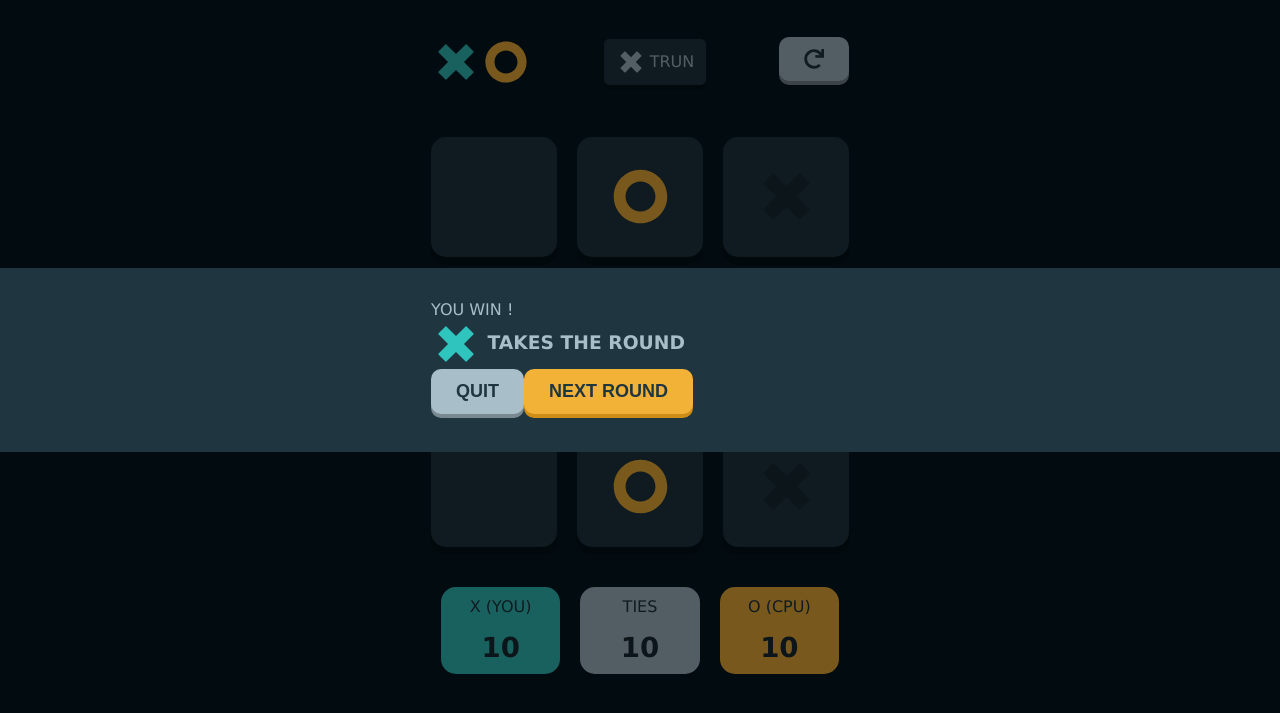
Repository: SD-Mdouka/XO_GAME
Page: /
An editor plug-in stored every save of this project. The page is shown before and after the next save, followed by the edit.
The browser window is 1280 px wide. The pictures show the whole page.
The project was rebuilt for these pictures with package versions that can differ from the ones it lists, and the page was loaded fresh each time. Also part of the build but not shown: src/component/start/Start.js.

Above is the page before, as saved 2022-08-29 17:58:09.

### src/index.css
* {
    padding: 0;
    margin: 0;
    box-sizing: border-box;
}

:root {
    --color-bg-dark: #192a33;
    --color-bg-light: #1f3640;
    --color-gray: #a8bec9;
    --color-gray-dark: #7a8991;
    --color-yellow: #f2b238;
    --color-yellow-dark: #cd8d16;
    --color-blue: #30c4be;
    --color-blue-dark: #128c89;
    --shadow-y: 6px;
}

html {
    font-family: "Lucida Sans", "Lucida Sans Regular", "Lucida Grande", "Lucida Sans Unicode", Geneva, Verdana, sans-serif;
    text-transform: uppercase;
    font-size: 16px;
}

body {
    background-color: var(--color-bg-dark);
    color: var(--color-gray);
}

.App {
    background-color: #021620;
    min-height: 100vh;
    display: flex;
    align-items: center;
    justify-content: center;
}

.container {
    max-width: 450px;
    width: 100%;
    margin-inline: auto;
    padding: 2rem 1rem;
}


/*utilites*/

.card {
    padding: 25px;
    display: flex;
    flex-direction: column;
    gap: 25px;
    border-radius: 15px;
    background-color: var(--color-bg-light);
    -webkit-border-radius: 15px;
    -moz-border-radius: 15px;
    -ms-border-radius: 15px;
    -o-border-radius: 15px;
    text-align: center;
}

.text-lg {
    font-size: 1.25rem;
}

.text-xl {
    font-size: 1.5rem;
}

.text-2xl {
    font-size: 1.725rem;
}

.text-light {
    color: var(--color-gray);
}

.text-blue {
    color: var(--color-blue);
}

.text-yellow {
    color: var(--color-yellow);
}

.bg-blue {
    background-color: var(--color-blue);
    color: var(--color-bg-dark);
}

.bg-yellow {
    background-color: var(--color-yellow);
    color: var(--color-bg-dark);
}

.bg-light {
    background-color: var(--color-gray);
    color: var(--color-bg-dark);
}

.bg-blue.text-light,
.bg-blue .text-light,
.bg-yellow.text-light,
.bg-yellow .text-light,
.bg-light .text-light,
.bg-light.text-light {
    color: var(--color-bg-light);
}

.btn {
    background-color: var(--color-gray);
    border: none;
    font-size: 1.125rem;
    font-weight: bold;
    padding: 12px 25px;
    text-transform: uppercase;
    cursor: pointer;
    border-radius: 10px;
    -webkit-border-radius: 10px;
    -moz-border-radius: 10px;
    -ms-border-radius: 10px;
    -o-border-radius: 10px;
    color: var(--color-bg-light);
    display: inline-block;
    box-shadow: 0 var(--shadow-y) 0 var(--color-gray-dark);
    margin-bottom: 6px;
    transition: all 0.2s;
    -webkit-transition: all 0.2s;
    -moz-transition: all 0.2s;
    -ms-transition: all 0.2s;
    -o-transition: all 0.2s;
}

.btn:hover {
    --shadow-y: 8px;
    transform: translateY(-2px);
    -webkit-transform: translateY(-2px);
    -moz-transform: translateY(-2px);
    -ms-transform: translateY(-2px);
    -o-transform: translateY(-2px);
}

.btn:active {
    --shadow-y: 4px;
    transform: translateY(2px);
    -webkit-transform: translateY(2px);
    -moz-transform: translateY(2px);
    -ms-transform: translateY(2px);
    -o-transform: translateY(2px);
}

.btn-yellow {
    background-color: var(--color-yellow);
    box-shadow: 0 var(--shadow-y) 0 var(--color-yellow-dark);
}

.btn-blue {
    background-color: var(--color-blue);
    box-shadow: 0 var(--shadow-y) 0 var(--color-blue-dark);
}

.btn-sm {
    --shadow-y: 4px;
}

.btn-sm:hover {
    --shadow-y: 6px;
}

.btn-sm:active {
    --shadow-y: 3px;
}

.shadow-gray {
    box-shadow: 0 8px 0 rgba(0, 0, 0, 0.2);
}

.shadow-blue {
    box-shadow: 0 8px 0 var(--color-blue-dark);
}

.shadow-yellow {
    box-shadow: 0 8px 0 var(--color-yellow-dark);
}


/* icons */

.icon {
    display: inline-block;
}

.icon svg {
    fill: var(--color-gray);
    height: 50px;
    width: 50px;
    vertical-align: middle;
}

.icon-sm svg {
    height: 30px;
    width: 30px;
}

.icon-lg svg {
    height: 65px;
    width: 65px;
}

.icon-yellow svg {
    fill: var(--color-yellow);
}

.icon-blue svg {
    fill: var(--color-blue);
}

.icon-dark svg {
    fill: var(--color-bg-dark);
}


/* Sarte */

.start {
    display: flex;
    flex-direction: column;
    gap: 25px;
}

.start__header {
    display: flex;
    align-items: center;
    justify-content: center;
}

.start__players {
    background-color: var(--color-bg-dark);
    padding: 10px;
    border-radius: 15px;
    -webkit-border-radius: 15px;
    -moz-border-radius: 15px;
    -ms-border-radius: 15px;
    -o-border-radius: 15px;
    display: flex;
    align-items: center;
    box-shadow: inset 0 0 8px rgba(0, 0, 0, 0.2);
}

.start__players span {
    width: 50%;
    display: flex;
    align-items: center;
    justify-content: center;
    padding: 15px 10px;
    border-radius: 10px;
    -webkit-border-radius: 10px;
    -moz-border-radius: 10px;
    -ms-border-radius: 10px;
    -o-border-radius: 10px;
    cursor: pointer;
}

.start__players--active {
    background-color: var(--color-gray);
    box-shadow: 0 0 8px rgba(255, 255, 255, 0.2);
}

.start__btns {
    display: flex;
    flex-direction: column;
    gap: 12px;
}


/* board */

.board__header {
    display: flex;
    justify-content: space-between;
    align-items: center;
    margin-bottom: 50px;
}

.board__turn {
    border-radius: 5px;
    background-color: var(--color-bg-light);
    -webkit-border-radius: 5px;
    -moz-border-radius: 5px;
    -ms-border-radius: 5px;
    -o-border-radius: 5px;
    padding: 8px 12px;
    align-items: center;
    display: flex;
    gap: 4px;
    box-shadow: 0 4px 0 rgba(0, 0, 0, 0.2);
}

.board__restart svg {
    height: 20px;
    display: flex;
    align-items: center;
    transform-origin: center;
    transition: all 0.3s;
    -webkit-transition: all 0.3s;
    -moz-transition: all 0.3s;
    -ms-transition: all 0.3s;
    -o-transition: all 0.3s;
}

.board__restart:active svg {
    transform: rotate(180deg);
    -webkit-transform: rotate(180deg);
    -moz-transform: rotate(180deg);
    -ms-transform: rotate(180deg);
    -o-transform: rotate(180deg);
}

.board__body {
    display: grid;
    grid-template-columns: repeat(3, 1fr);
    gap: 25px 20px;
}

.board__body .card {
    height: 120px;
    display: flex;
    align-items: center;
    justify-content: center;
    cursor: pointer;
    padding-inline: 10px;
}

.board__body .active.shadow-blue {
    background-color: var(--color-blue);
}

.board__body .active.shadow-yellow {
    background-color: var(--color-yellow);
}

.board__body .active.shadow-dark {
    background-color: var(--color-bg-dark);
}

.board__footer {
    margin-top: 30px;
    display: grid;
    grid-template-columns: repeat(3, 1fr);
    gap: 20px;
    padding: 10px;
}

.board__footer .card {
    gap: 15px;
    padding: 10px;
}


/*modal*/

.modal {
    position: fixed;
    top: 0;
    left: 0;
    width: 100vw;
    height: 100vh;
    z-index: 999;
    background-color: rgba(0, 0, 0, 0.5);
    display: flex;
    align-items: center;
}

.modal__content {
    width: 100%;
    background-color: var(--color-bg-light);
}

### src/App.js
import Board from "./component/board/Board";
import Modal from "./component/modal/Modal";
import Start from "./component/start/Start";

function App() {
  return (
    <div className="App">
      <div className="container">
        {/* <Start /> */}
        <Board />
      </div>
      <Modal />
    </div>
  );
}

export default App;

### src/component/board/Board.js
import React from "react";
import Xicons from "../icons/Xicons";
import Oicons from "../icons/Oicons";
import Refrsh from "../icons/Refrsh";
import BorardCard from "./BorardCard";

const Board = () => {
  const squars = [" ", "o", "x", " ", "o", "x", " ", "o", "x"];
  return (
    <div className="board">
      <div className="board__header">
        <div>
          <Xicons />
          <Oicons />
        </div>
        <div className="board__turn">
          <Xicons color={"ligth"} size="sm" /> trun
        </div>
        <div>
          <button className="btn btn-sm board__restart">
            <Refrsh />
          </button>
        </div>
      </div>
      <div className="board__body">
        {squars.map((sq, ix) => (
          <BorardCard key={ix} index={ix} user={sq} active={ix === 5} />
        ))}
      </div>
      <div className="board__footer">
        <div className="card bg-blue">
          <p className="text-light">x (you)</p>
          <strong className="text-2xl">10</strong>
        </div>
        <div className="card bg-light">
          <p className="text-light">ties</p>
          <strong className="text-2xl">10</strong>
        </div>
        <div className="card bg-yellow">
          <p className="text-light">o (cpu)</p>
          <strong className="text-2xl">10</strong>
        </div>
      </div>
    </div>
  );
};

export default Board;

### src/component/modal/Modal.js
import React from "react";
import Win from "./Win";

const Modal = () => {
  return (
    <div className="modal">
      <div className="modal__content">
        <div className="container">
          <Win />
        </div>
      </div>
    </div>
  );
};

export default Modal;

### src/component/icons/Xicons.js
import React from "react";

const Xicon = ({ color, size }) => {
  return (
    <div
      className={`icon ${color ? "icon-" + color : "icon-blue"} ${
        size && "icon-" + size
      }`}
    >
      <svg
        version="1.1"
        id="Layer_1"
        x="0px"
        y="0px"
        width="100px"
        height="100px"
        viewBox="0 0 100 100"
      >
        <path
          d="M84.707,68.752L65.951,49.998l18.75-18.752c0.777-0.777,0.777-2.036,0-2.813L71.566,15.295
	c-0.777-0.777-2.037-0.777-2.814,0L49.999,34.047l-18.75-18.752c-0.746-0.747-2.067-0.747-2.814,0L15.297,28.431
	c-0.373,0.373-0.583,0.88-0.583,1.407c0,0.527,0.21,1.034,0.583,1.407L34.05,49.998L15.294,68.753
	c-0.373,0.374-0.583,0.88-0.583,1.407c0,0.528,0.21,1.035,0.583,1.407l13.136,13.137c0.373,0.373,0.881,0.583,1.41,0.583
	c0.525,0,1.031-0.21,1.404-0.583l18.755-18.755l18.756,18.754c0.389,0.388,0.896,0.583,1.407,0.583c0.511,0,1.019-0.195,1.408-0.583
	l13.138-13.137C85.484,70.789,85.484,69.53,84.707,68.752z"
        />
      </svg>
    </div>
  );
};

export default Xicon;

### src/component/icons/Oicons.js
import React from "react";

const Oicon = ({ color, size }) => {
  return (
    <div
      className={`icon ${color ? "icon-" + color : "icon-yellow"} ${
        size && "icon-" + size
      }`}
    >
      <svg
        version="1.1"
        id="Layer_1"
        x="0px"
        y="0px"
        viewBox="-169 -35 100 100"
      >
        <g>
          <path
            d="M-119,56.2c-22.7,0-41.2-18.5-41.2-41.2s18.5-41.2,41.2-41.2c22.7,0,41.2,18.5,41.2,41.2S-96.3,56.2-119,56.2z M-119-8
		c-12.7,0-23,10.3-23,23c0,12.7,10.3,23,23,23s23-10.3,23-23C-96,2.3-106.3-8-119-8z"
          />
        </g>
      </svg>
    </div>
  );
};

export default Oicon;

### src/component/icons/Refrsh.js
import React from "react";

const Refrsh = () => {
  return (
    <svg
      aria-hidden="true"
      focusable="false"
      data-prefix="fas"
      data-icon="redo"
      role="img"
      xmlns="http://www.w3.org/2000/svg"
      viewBox="0 0 512 512"
    >
      <path
        fill="currentColor"
        d="M500.33 0h-47.41a12 12 0 0 0-12 12.57l4 82.76A247.42 247.42 0 0 0 256 8C119.34 8 7.9 119.53 8 256.19 8.1 393.07 119.1 504 256 504a247.1 247.1 0 0 0 166.18-63.91 12 12 0 0 0 .48-17.43l-34-34a12 12 0 0 0-16.38-.55A176 176 0 1 1 402.1 157.8l-101.53-4.87a12 12 0 0 0-12.57 12v47.41a12 12 0 0 0 12 12h200.33a12 12 0 0 0 12-12V12a12 12 0 0 0-12-12z"
      ></path>
    </svg>
  );
};

export default Refrsh;

### src/component/board/BorardCard.js
import React from "react";
import Xicons from "../icons/Xicons";
import Oicons from "../icons/Oicons";

const BorardCard = ({ user = "nouser", active, index }) => {
  return (
    <div
      className={`card
      ${active && user === "x" && "shadow-blue"}
    ${active && user === "o" && "shadow-yellow"}
    ${!active ? "shadow-gray" : "active"}
    `}
    >
      {user === "x" && <Xicons color={"dark"} size="lg" />}
      {user === "o" && <Oicons size="lg" />}
    </div>
  );
};

export default BorardCard;

### src/component/modal/Win.js
import React from "react";
import Xicon from "../icons/Xicons";

const Win = () => {
  return (
    <div className="score">
      <p>you win !</p>
      <h3>
        <Xicon /> Takes the round
      </h3>
      <div className="scor__btn">
        <button className="btn btn-sm">Quit</button>
        <button className="btn btn-sm btn-yellow">Next Round</button>
      </div>
    </div>
  );
};

export default Win;

Loaded but not shown: public/index.html (common file); src/index.js (common file)

After the next save:
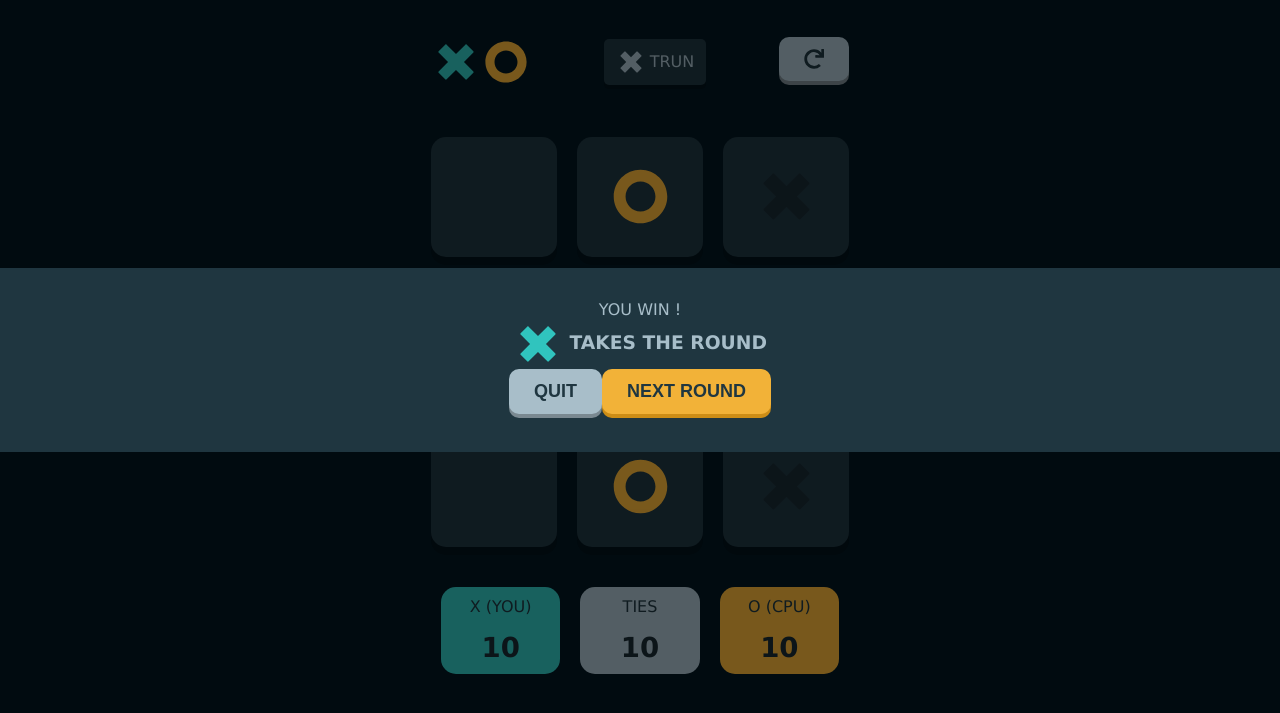
Saved 2 min 34 s later.
--- a/src/index.css
+++ b/src/index.css
@@ -375,3 +375,26 @@ body {
     width: 100%;
     background-color: var(--color-bg-light);
 }
+
+
+/*score*/
+
+.score {
+    text-align: center;
+}
+
+.score__title {
+    font-size: 2rem;
+    display: flex;
+    align-items: center;
+    justify-content: center;
+    gap: 6px;
+    margin: 30px 0;
+}
+
+.score__btns {
+    display: flex;
+    align-items: center;
+    justify-content: center;
+    gap: 15px;
+}
